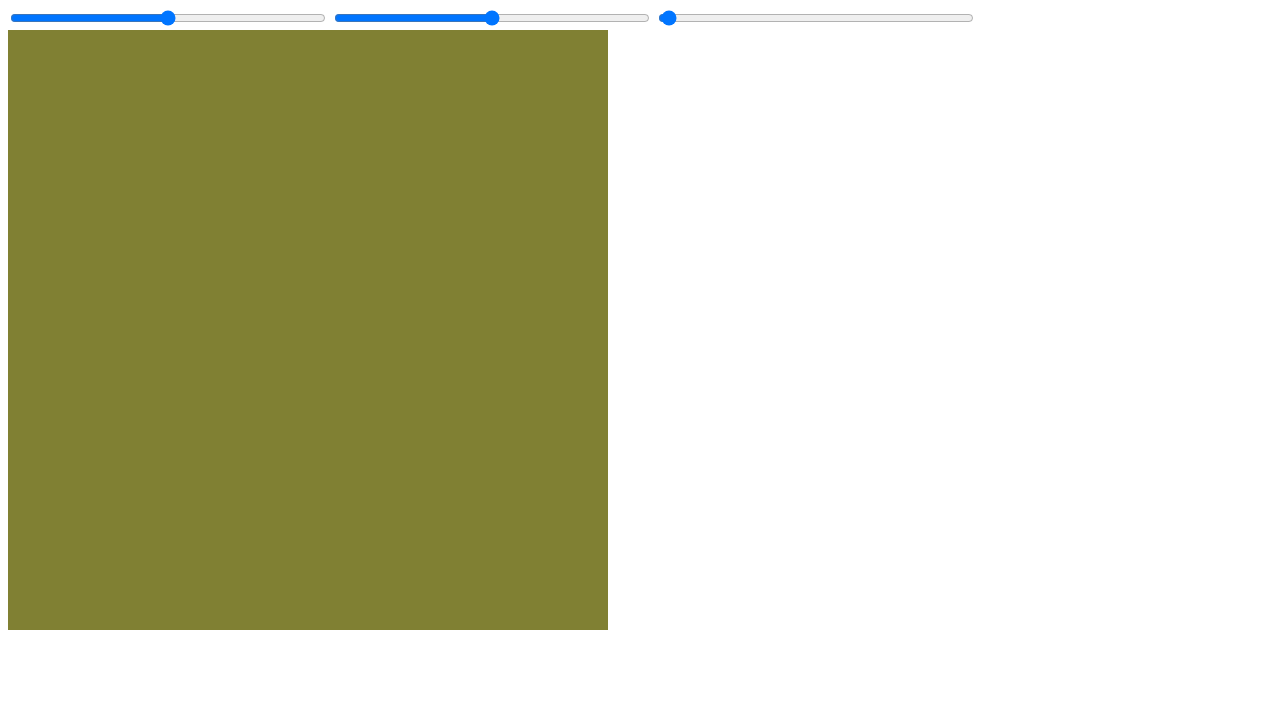
Repository: JoinGame-A36664/Build-House-WebGL
Page: index.html
The author's editor kept a copy of each file at every save. The page is drawn from the files as they stood at one save, then again after the next save.
The browser window is 1280 px wide. The pictures show the whole page.

Above is the page before, as saved 2021-10-24 23:30:08.
Console error: ReferenceError: program is not defined

### index.html
<!DOCTYPE html>
<html>
	<head>
		<meta http-equiv="Content-Type" content="text/html;charset=utf-8" />

		<script id="vertex-shader" type="x-shader/x-vertex">
			#version 300 es

			in vec2 vPosition;

			void main()
			{
			    gl_Position = vec4(vPosition, 0.0, 1.0);
			}
		</script>

		<script id="fragment-shader" type="x-shader/x-fragment">
			#version 300 es
			precision mediump float;

			out vec4 fColor;

			void main()
			{
			    fColor = vec4(1.0, 0.0, 0.0, 1.0);   // Red, Green, Blue
			}
		</script>
	</head>

	<body>
		<div>
			<input
				id="angle_x"
				type="range"
				min="0"
				max="2"
				step="0.1"
				value="1.0"
				style="width: 25%"
			/>
			<input
				id="angle_y"
				type="range"
				min="0"
				max="2"
				step="0.1"
				value="1.0"
				style="width: 25%"
			/>
			<input
				id="angle_z"
				type="range"
				min="0"
				max="100"
				step="0.1"
				value="1.0"
				style="width: 25%"
			/>
		</div>

		<canvas id="gl-canvas" width="600" height="600">
			Oops ... your browser doesn't support the HTML5 canvas element
		</canvas>

		<script type="text/javascript" src="Common/initShaders.js"></script>
		<script type="text/javascript" src="Common/MVnew.js"></script>
		<script type="text/javascript" src="Bietthu1.js"></script>
	</body>
</html>

### Common/initShaders.js
                                             //
//  initShaders.js
//

function initShaders( gl, vertexShaderId, fragmentShaderId )
{
    var vertShdr;
    var fragShdr;

    var vertElem = document.getElementById( vertexShaderId );
    if ( !vertElem ) {
        alert( "Unable to load vertex shader " + vertexShaderId );
        return -1;
    }
    else {
        vertShdr = gl.createShader( gl.VERTEX_SHADER );
        gl.shaderSource( vertShdr, vertElem.textContent.replace(/^\s+|\s+$/g, '' ));
        gl.compileShader( vertShdr );
        if ( !gl.getShaderParameter(vertShdr, gl.COMPILE_STATUS) ) {
            var msg = "Vertex shader failed to compile.  The error log is:"
        	+ "<pre>" + gl.getShaderInfoLog( vertShdr ) + "</pre>";
            alert( msg );
            return -1;
        }
    }

    var fragElem = document.getElementById( fragmentShaderId );
    if ( !fragElem ) {
        alert( "Unable to load vertex shader " + fragmentShaderId );
        return -1;
    }
    else {
        fragShdr = gl.createShader( gl.FRAGMENT_SHADER );
        gl.shaderSource( fragShdr, fragElem.textContent.replace(/^\s+|\s+$/g, '' ) );
        gl.compileShader( fragShdr );
        if ( !gl.getShaderParameter(fragShdr, gl.COMPILE_STATUS) ) {
            var msg = "Fragment shader failed to compile.  The error log is:"
        	+ "<pre>" + gl.getShaderInfoLog( fragShdr ) + "</pre>";
            alert( msg );
            return -1;
        }
    }

    var program = gl.createProgram();
    gl.attachShader( program, vertShdr );
    gl.attachShader( program, fragShdr );
    gl.linkProgram( program );

    if ( !gl.getProgramParameter(program, gl.LINK_STATUS) ) {
        var msg = "Shader program failed to link.  The error log is:"
            + "<pre>" + gl.getProgramInfoLog( program ) + "</pre>";
        alert( msg );
        return -1;
    }

    return program;
}

Loaded but not shown: Common/MVnew.js (1178 lines, source omitted); Bietthu1.js (431 lines, source omitted)

After the next save:
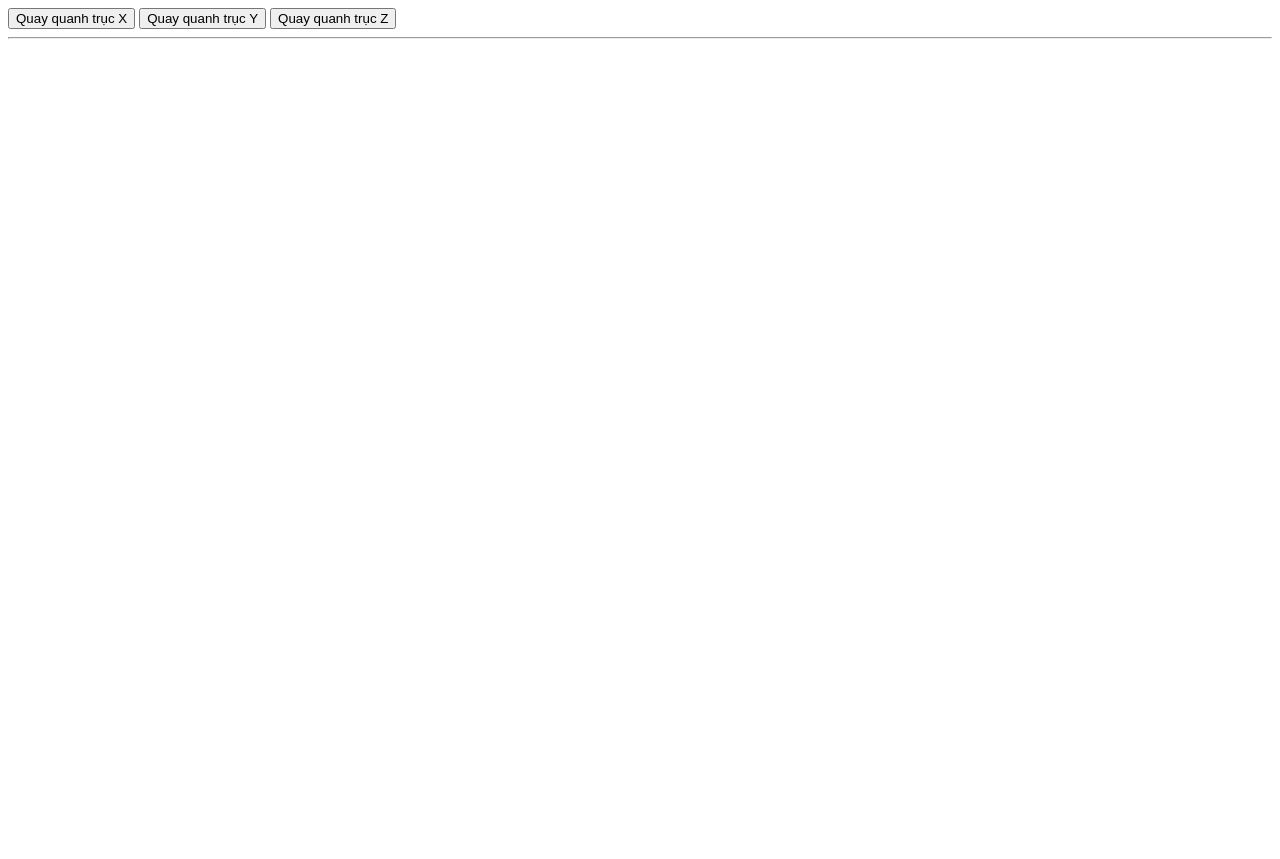
The error is gone.
Not found: cube.js
Saved 64 s later.
--- a/index.html
+++ b/index.html
@@ -1,69 +1,82 @@
 <!DOCTYPE html>
 <html>
-	<head>
-		<meta http-equiv="Content-Type" content="text/html;charset=utf-8" />
 
-		<script id="vertex-shader" type="x-shader/x-vertex">
-			#version 300 es
+    <script id="vertex-shader" type="x-shader/x-vertex">
+        #version 300 es
 
-			in vec2 vPosition;
+        in vec3 aPosition;
+        in vec3 aColor;
 
-			void main()
-			{
-			    gl_Position = vec4(vPosition, 0.0, 1.0);
-			}
-		</script>
+        out vec4 vColor;
 
-		<script id="fragment-shader" type="x-shader/x-fragment">
-			#version 300 es
-			precision mediump float;
+        uniform vec3 uUserCoordinates;
+        uniform vec3 uTheta;
 
-			out vec4 fColor;
+        vec3 convertCoordinates(vec3 vPosition) {
+            return vPosition / uUserCoordinates;
+        }
 
-			void main()
-			{
-			    fColor = vec4(1.0, 0.0, 0.0, 1.0);   // Red, Green, Blue
-			}
-		</script>
-	</head>
+        vec3 rotate(vec3 aPosition) {
+            vec3 angles = radians(uTheta);
 
-	<body>
-		<div>
-			<input
-				id="angle_x"
-				type="range"
-				min="0"
-				max="2"
-				step="0.1"
-				value="1.0"
-				style="width: 25%"
-			/>
-			<input
-				id="angle_y"
-				type="range"
-				min="0"
-				max="2"
-				step="0.1"
-				value="1.0"
-				style="width: 25%"
-			/>
-			<input
-				id="angle_z"
-				type="range"
-				min="0"
-				max="100"
-				step="0.1"
-				value="1.0"
-				style="width: 25%"
-			/>
-		</div>
+            mat4 rotate_x = transpose(mat4(
+                1.0, 0.0, 0.0, 0.0,
+		        0.0, cos(angles[0]), -sin(angles[0]), 0.0,
+		        0.0, sin(angles[0]), cos(angles[0]), 0.0,
+                0.0, 0.0,  0.0, 1.0));
 
-		<canvas id="gl-canvas" width="600" height="600">
-			Oops ... your browser doesn't support the HTML5 canvas element
-		</canvas>
+            mat4 rotate_y = transpose(mat4(
+                cos(angles[1]), 0.0,  sin(angles[1]), 0.0,
+                0.0, 1.0, 0.0, 0.0,
+                -sin(angles[1]), 0.0, cos(angles[1]), 0.0,
+                0.0, 0.0,  0.0, 1.0));
 
-		<script type="text/javascript" src="Common/initShaders.js"></script>
-		<script type="text/javascript" src="Common/MVnew.js"></script>
-		<script type="text/javascript" src="Bietthu1.js"></script>
-	</body>
+            mat4 rotate_z = transpose(mat4(
+                cos(angles[2]), -sin(angles[2]),  0.0, 0.0,
+                sin(angles[2]), cos(angles[2]), 0.0, 0.0,
+                0.0, 0.0, 1.0, 0.0,
+                0.0, 0.0,  0.0, 1.0));
+
+            vec4 vPosition = vec4(aPosition, 1.0);
+
+            vec4 newPosition = rotate_z * rotate_y * rotate_x * vPosition;
+
+            return vec3(newPosition.x, newPosition.y, newPosition.z);
+        }
+
+        void main() {
+            gl_Position = vec4(convertCoordinates(rotate(aPosition)), 1.0);
+            gl_Position.z = -gl_Position.z;
+            vColor = vec4(aColor, 1.0);
+        }
+    </script>
+
+    <script id="fragment-shader" type="x-shader/x-fragment">
+        #version 300 es
+
+        precision mediump float;
+
+        in vec4 vColor;
+        out vec4 fColor;
+
+        void main() {
+            fColor = vColor;
+        }
+    </script>
+
+    <script type="text/javascript" src="../../Common/initShaders.js"></script>
+    <script type="text/javascript" src="../../Common/MVnew.js"></script>
+    <script type="text/javascript" src="cube.js"></script>
+
+    <body>
+        <button id="turn-x">Quay quanh trục X</button>
+        <button id="turn-y">Quay quanh trục Y</button>
+        <button id="turn-z">Quay quanh trục Z</button>
+
+        <hr>
+
+        <canvas id="gl-canvas" width="800" height="800">
+            Oops ... your browser doesn't support the HTML5 canvas element
+        </canvas>
+    </body>
 </html>
